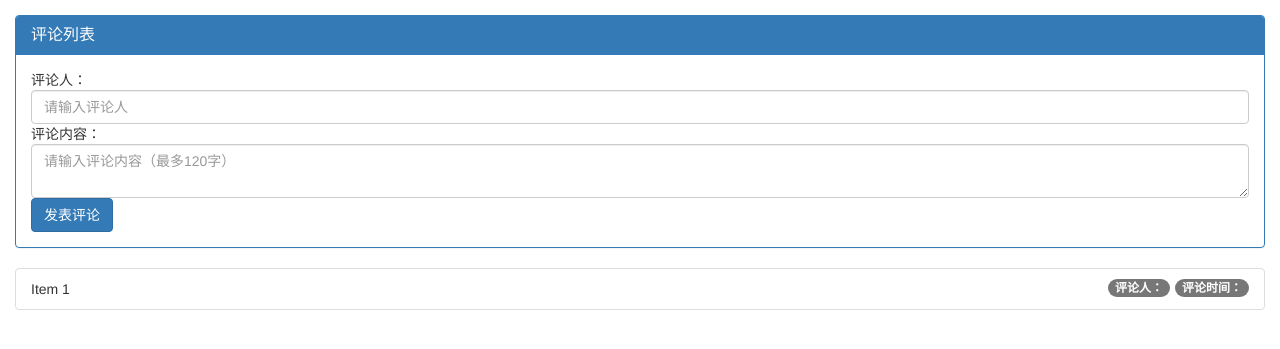
Repository: R1Deemo/ajax
Page: 评论列表.html
An editor plug-in stored every save of this project. The page is shown before and after the next save, followed by the edit.
The browser window is 1280 px wide. The pictures show the whole page.

Above is the page before, as saved 2022-10-26 10:21:41.

### 评论列表.html
<!DOCTYPE html>
<html lang="en">

<head>
    <meta charset="UTF-8">
    <meta http-equiv="X-UA-Compatible" content="IE=edge">
    <meta name="viewport" content="width=device-width, initial-scale=1.0">
    <title>Document</title>
    <link rel="stylesheet" href="./lib/bootstrap.css" />
    <script src="./lib/jquery.js"></script>
</head>

<body style="padding: 15px;">
    <div>
        <!-- 评论面板 -->
        <div class="panel panel-primary">
            <div class="panel-heading">
                <h3 class="panel-title">评论列表</h3>
            </div>
            <div class="panel-body">

                <div>
                    <div>评论人：</div>
                    <input type="text" class="form-control" id="exampleInputAmount" placeholder="请输入评论人">
                </div>
                <div>
                    <div>评论内容：</div>
                    <textarea class="form-control" id="exampleInputAmount" placeholder="请输入评论内容（最多120字）"></textarea>
                </div>


                <button type="submit" class="btn btn-primary">发表评论</button>


            </div>
        </div>


        <!-- 评论列表 -->

        <ul class="list-group">
            <li class="list-group-item">
                <span class="badge">评论时间：</span>
                <span class="badge">评论人：</span> Item 1
            </li>

        </ul>


    </div>

</body>

</html>

Loaded but not shown: lib/bootstrap.css (library); lib/jquery.js (library)

After the next save:
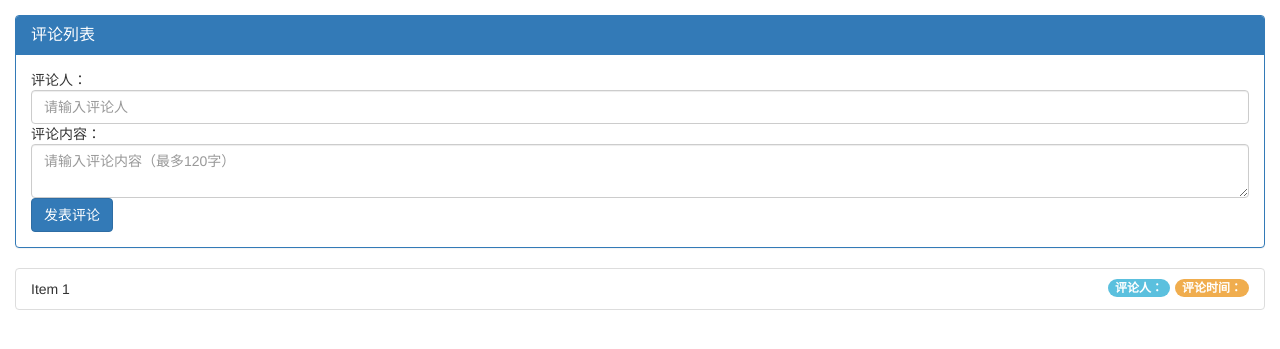
Saved 3 min 19 s later.
--- a/评论列表.html
+++ b/评论列表.html
@@ -40,8 +40,8 @@
 
         <ul class="list-group">
             <li class="list-group-item">
-                <span class="badge">评论时间：</span>
-                <span class="badge">评论人：</span> Item 1
+                <span class="badge" style="background-color: #F0AD4E;">评论时间：</span>
+                <span class="badge" style="background-color: #5BC0DE;">评论人：</span> Item 1
             </li>
 
         </ul>
